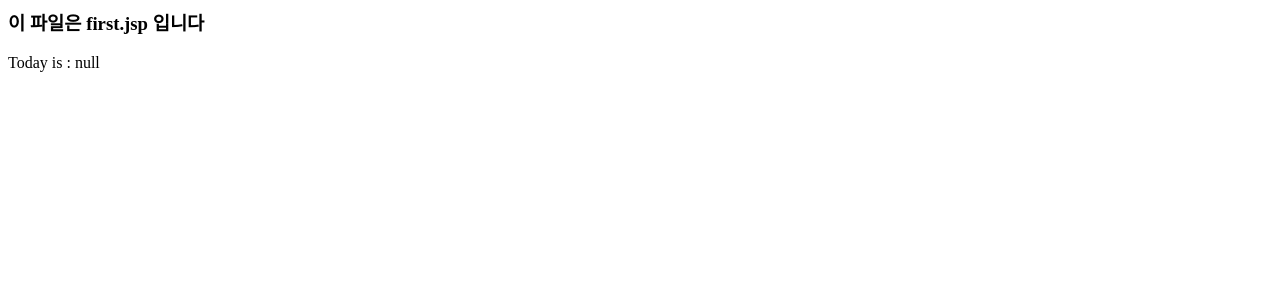
Repository: pojh5090/JspProgramming
Page: http://localhost/JSPBook/ch04/useBean04.jsp
These files come from the project's save history. The page is drawn as it stood at one moment and after the next save; the edit follows.
The browser window is 1280 px wide. The pictures show the whole page.
The page is served by Tomcat 9.

Above is the page before, as saved 2020-03-21 08:34:57.

After the next save:
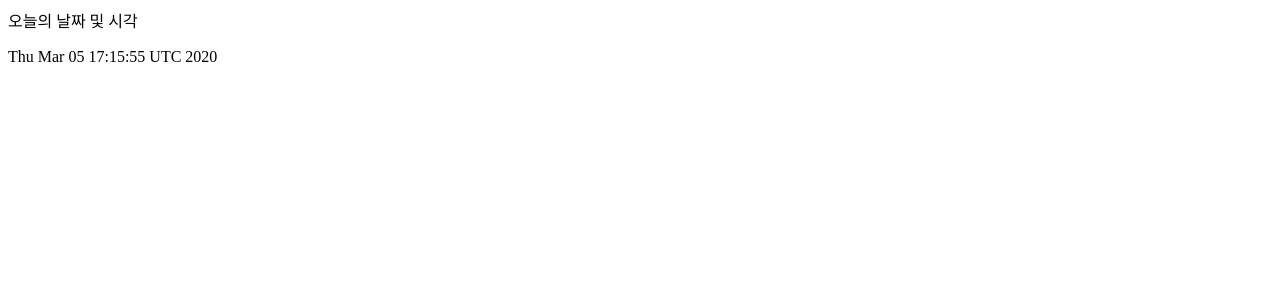
Saved 10 min 44 s later.
--- a/JSPBook/WebContent/ch04/useBean04.jsp
+++ b/JSPBook/WebContent/ch04/useBean04.jsp
@@ -7,9 +7,10 @@
 <title>Action Tag</title>
 </head>
 <body>
-	<h3>이 파일은 first.jsp 입니다</h3>
-	<jsp:include page="second.jsp">
-		<jsp:param name="date" value="<%=new java.util.Date()%>" />
-	</jsp:include>
+	<jsp:useBean id="date" class="java.util.Date" />
+	<p> <%
+			out.print("오늘의 날짜 및 시각");
+		%>
+	<p><%=date %>
 </body>
 </html>
